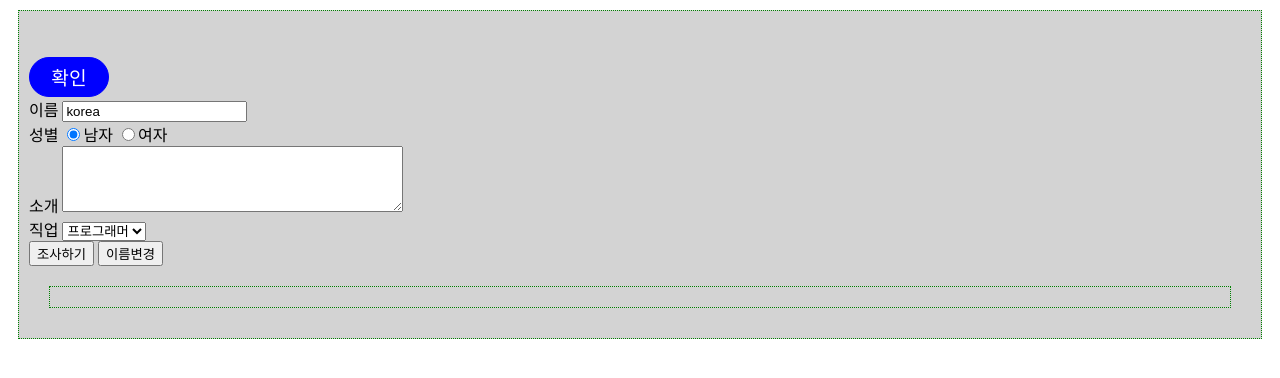
Repository: JJaeHwan/HTML
Page: jquerypro/WebContent/0112/forminfo.html
The author's editor kept a copy of each file at every save. The page is drawn from the files as they stood at one save, then again after the next save.
The browser window is 1280 px wide. The pictures show the whole page.

Above is the page before, as saved 2023-01-12 08:11:29.

After the next save:
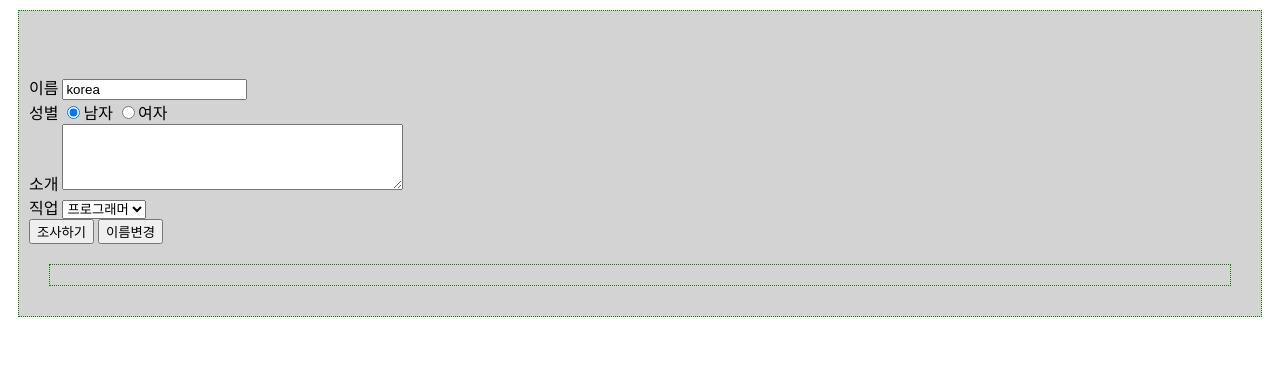
Saved 10 min 5 s later.
--- a/jquerypro/WebContent/0112/forminfo.html
+++ b/jquerypro/WebContent/0112/forminfo.html
@@ -5,13 +5,38 @@
 <title>Insert title here</title>
 <link rel="stylesheet" href="../css/public.css">
 <script src="../js/jquery-3.6.3.min.js" type="text/javascript"></script>
+
+<script type="text/javascript">
+  $(function() {
+
+	  $('#btnview').on('click', function() {
+
+		  str ="";
+
+		  // 각 입력 또는 선택한 값들을 가져온다
+		 str += $('#user').val();
+
+		  $('.gend:checked').val();
+
+	      $('#work option:selected').val()
+
+		  // 출력내용
+
+
+		  //출력
+
+	})
+
+})
+
+</script>
+
 </head>
 <body>
 
 
 <div class="box">
 	<br><br>
-	<input type="button" value="확인" id="btn1">
 	<br>
 	    <form>
        <label for="user">이름</label>
